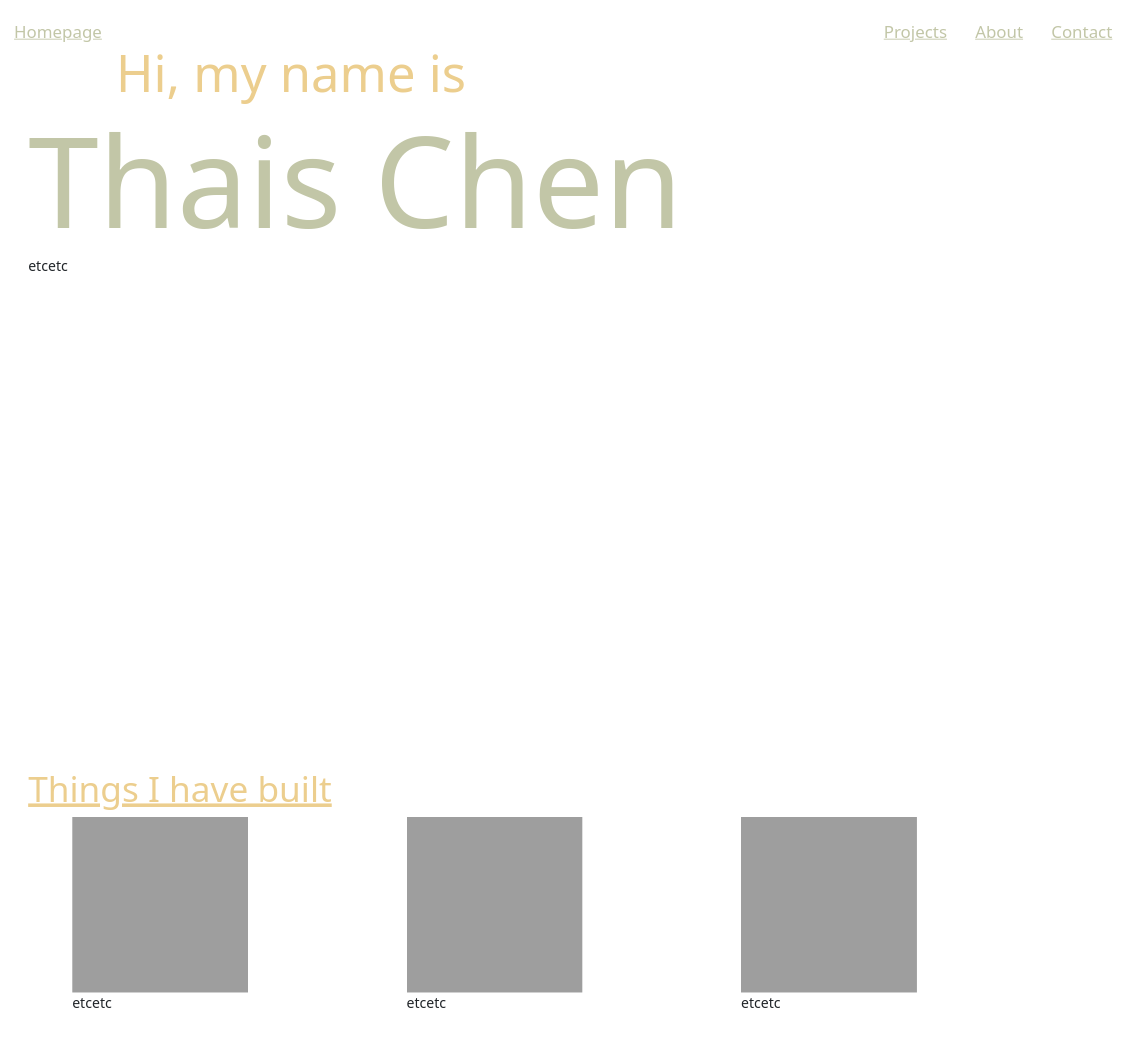
Repository: thais-chen/Portfolio
Page: index.html
These files come from the project's save history. The page is drawn as it stood at one moment and after the next save; the edit follows.
The browser window is 1280 px wide. The pictures show the whole page, at 88% of full size.
Pictures or frames that could not be fetched are drawn as grey boxes.

Above is the page before, as saved 2022-06-17 19:17:20.

After the next save:
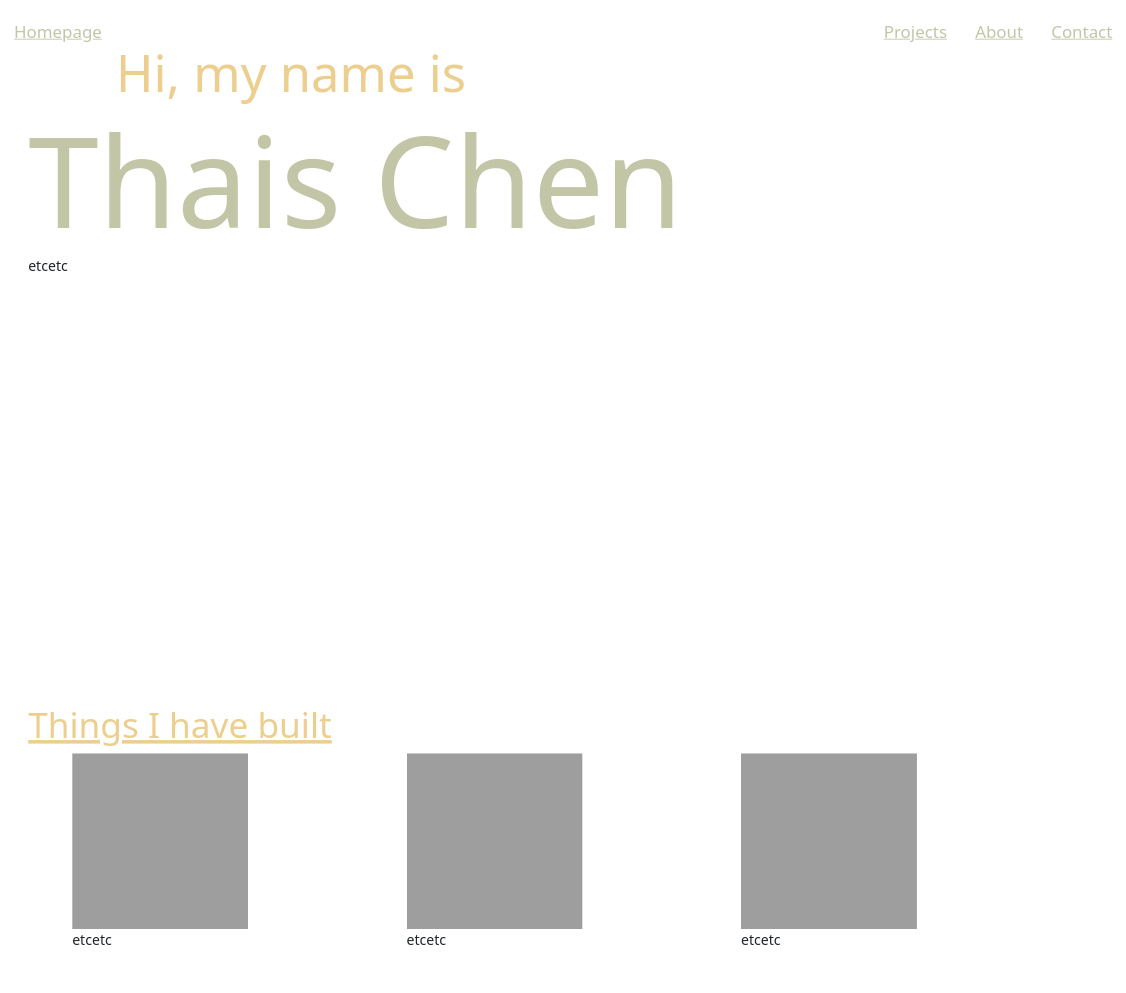
Saved 55 s later.
--- a/style.css
+++ b/style.css
@@ -38,7 +38,7 @@ section{
 }
 /* projects */
 #projects{
-    padding-top: 10vh;
+
 }
 #projects h3{
     color:#ECCE8E;
